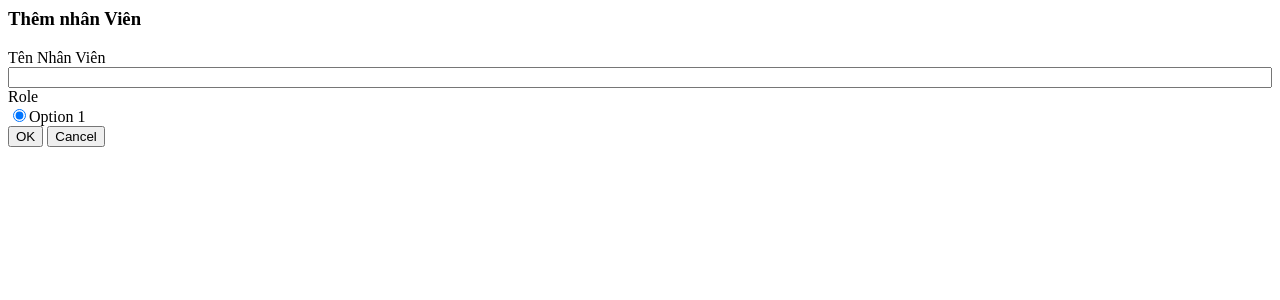
Repository: chickenoken/LuanAn
Page: http://localhost/net/quanLyNhanVienControl
These files come from the project's save history. The page is drawn as it stood at one moment and after the next save; the edit follows.
The browser window is 1280 px wide. The pictures show the whole page.
The page is served by Tomcat 9.

Above is the page before, as saved 2019-06-17 09:46:10.

After the next save:
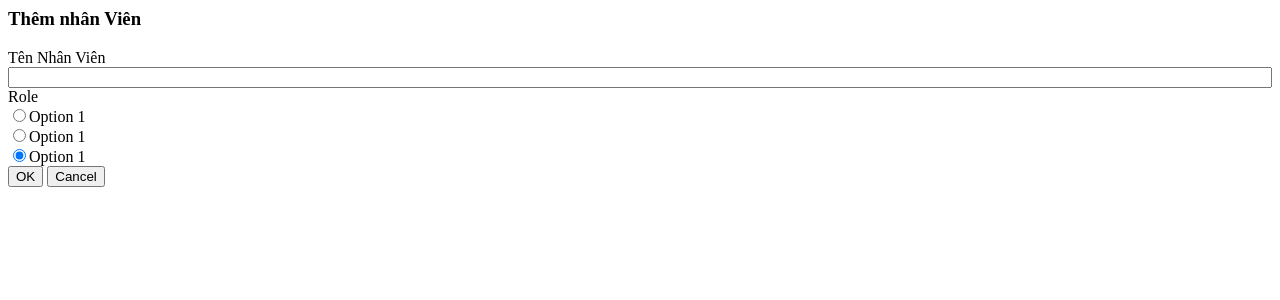
Saved 53 s later.
--- a/net/src/main/webapp/WEB-INF/pages/quanLyNhanVienControl.jsp
+++ b/net/src/main/webapp/WEB-INF/pages/quanLyNhanVienControl.jsp
@@ -14,7 +14,13 @@
       <div class="col-md-4"><span>Role</span></div>
       <div class="col-md-8">
         <div class="radio">
-          <label><input type="radio" name="optradio" checked>Option 1</label>
+          <label><input type="radio" name="role" checked>Option 1</label>
+        </div>
+        <div class="radio">
+          <label><input type="radio" name="role" checked>Option 1</label>
+        </div>
+        <div class="radio">
+          <label><input type="radio" name="role" checked>Option 1</label>
         </div>
       </div>
     </div>
